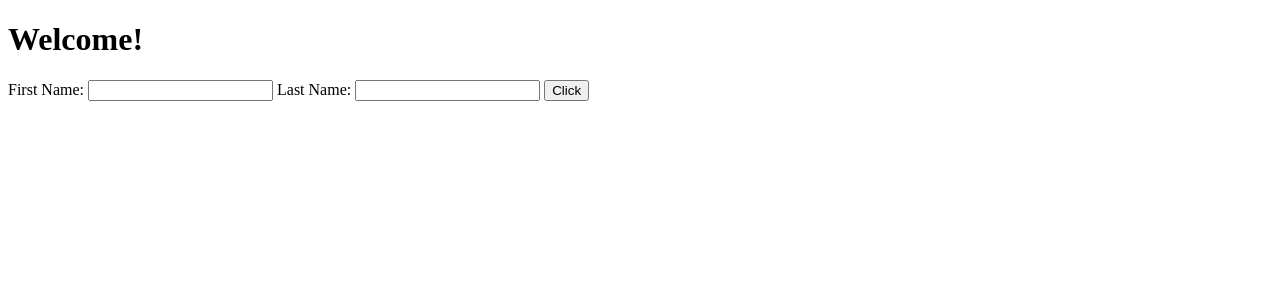
Repository: mansistic-0n3/Java_IGT
Page: Java Project/JSP/src/main/webapp/jspb.html
An editor plug-in stored every save of this project. The page is shown before and after the next save, followed by the edit.
The browser window is 1280 px wide. The pictures show the whole page.

Above is the page before, as saved 2023-06-30 09:42:41.

### Java Project/JSP/src/main/webapp/jspb.html
<!DOCTYPE html>
<html>
<head>
<meta charset="ISO-8859-1">
<title>Insert title here</title>
</head>
<body>
<h1>Welcome!</h1>
<form action="JSPbasic.jsp">
	First Name: <input type="text" name="fname">
	Last Name: <input type="text" name="lname">
	<input type="submit" value ="Click">
</form>
</body>
</html>

After the next save:
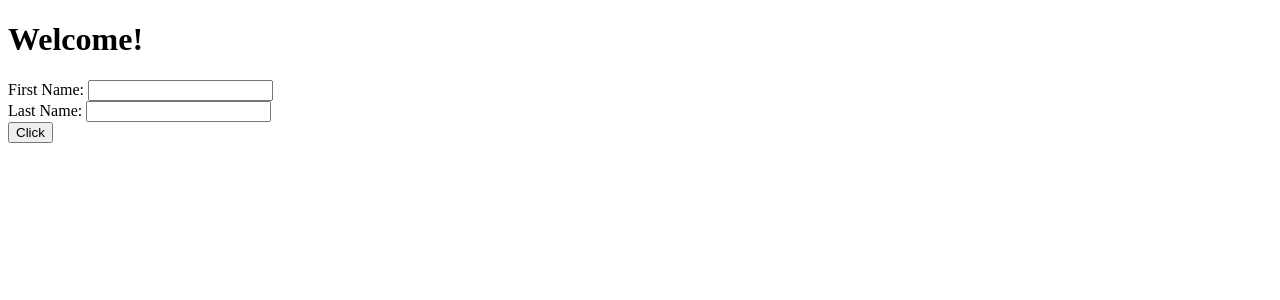
Saved 44 s later.
--- a/Java Project/JSP/src/main/webapp/jspb.html
+++ b/Java Project/JSP/src/main/webapp/jspb.html
@@ -7,8 +7,8 @@
 <body>
 <h1>Welcome!</h1>
 <form action="JSPbasic.jsp">
-	First Name: <input type="text" name="fname">
-	Last Name: <input type="text" name="lname">
+	First Name: <input type="text" name="fname"><br>
+	Last Name: <input type="text" name="lname"><br>
 	<input type="submit" value ="Click">
 </form>
 </body>
